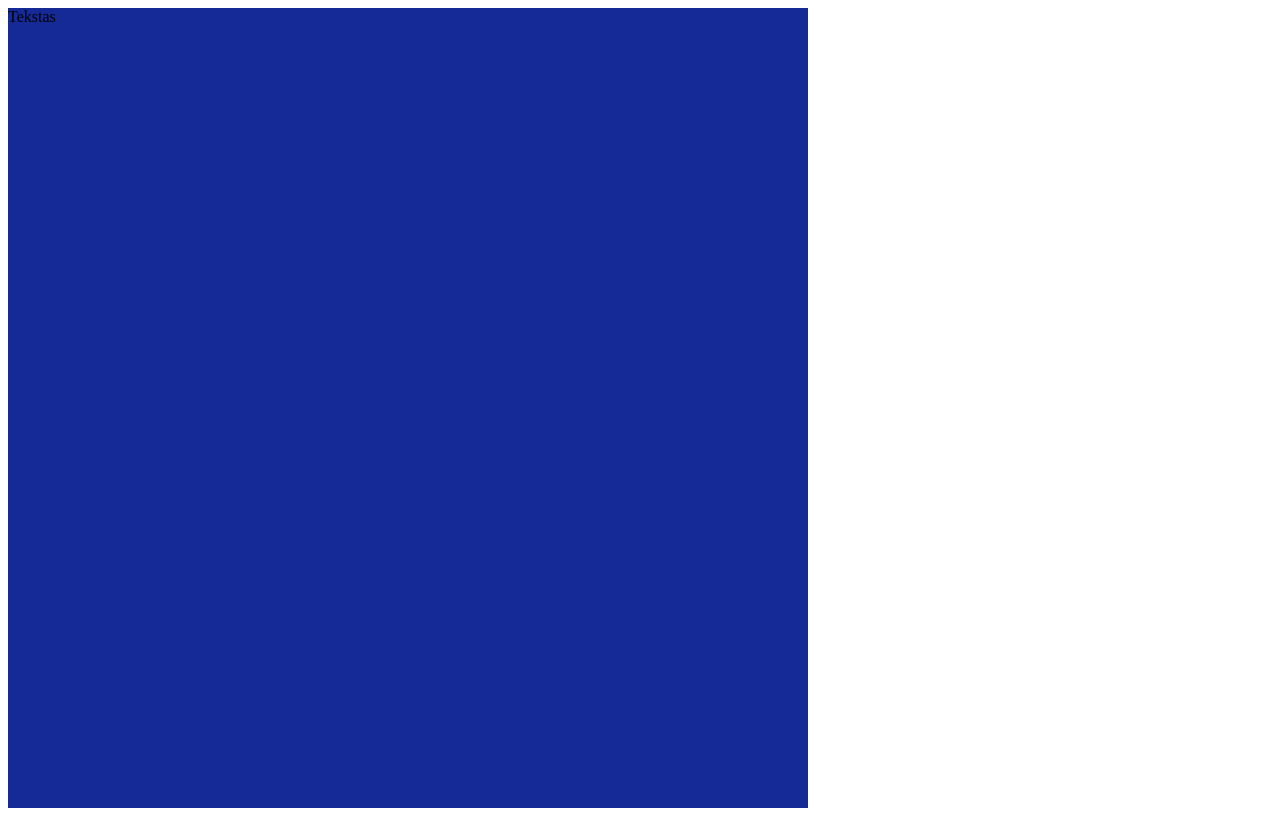
Repository: motiejus1/10-paskaita-05.31
Page: index.html
These files come from the project's save history. The page is drawn as it stood at one moment and after a run of saves; the edit follows.
The browser window is 1280 px wide. The pictures show the whole page.

Above is the page before, as saved 2021-06-16 18:13:59.

After the next 2 saves:
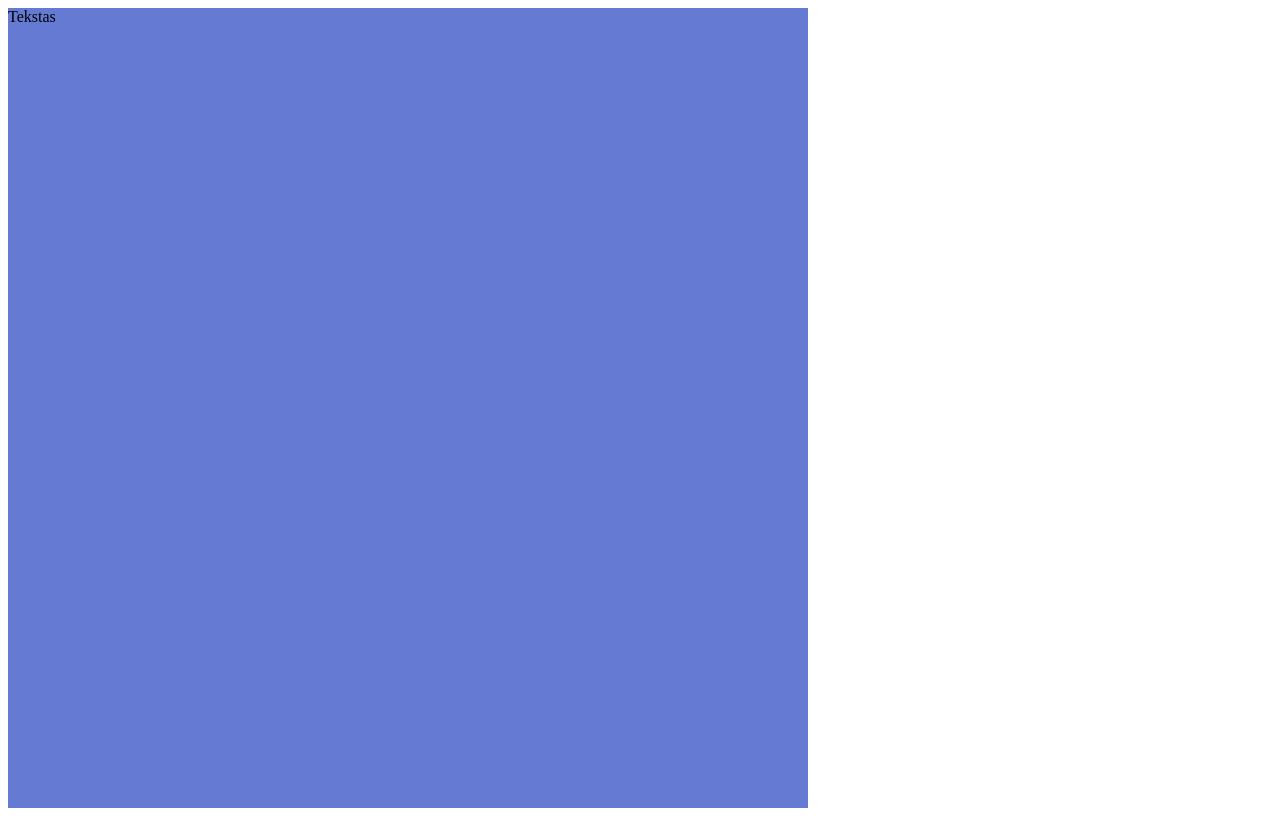
The 2 saves are shown as one change because they came seconds apart.
The last was saved 7 min 24 s later.
--- a/index.html
+++ b/index.html
@@ -13,7 +13,7 @@
         }
 
         .zalia {
-            background-color: #152997;
+            background-color: #657AD3;
         }
     </style>
 </head>
